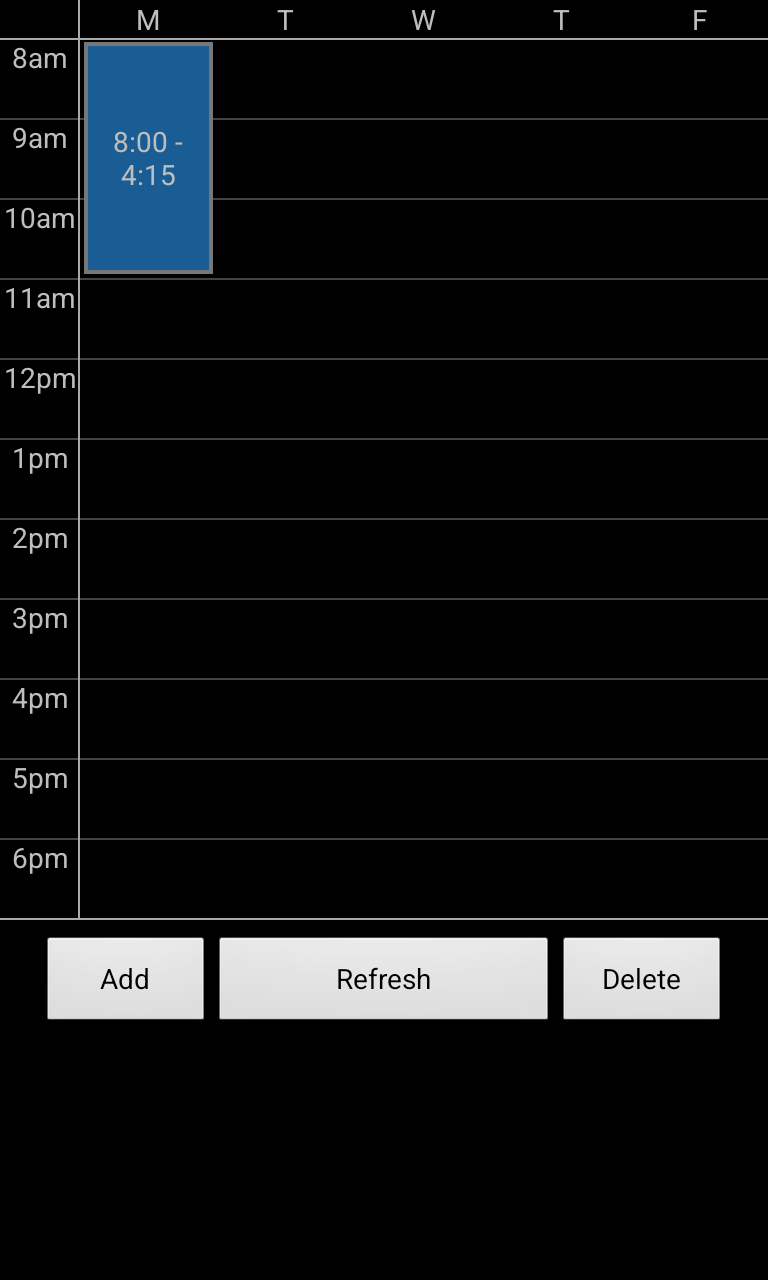
Repository: appsfactory/OfficeHours
Layout: OfficeHoursClient/res/layout/activity_schedule_view.xml
These files come from the project's save history. The layout is drawn as it stood at one moment and after the next save; the edit follows.
It is drawn on a 768 x 1280 px phone screen (xhdpi) without system bars, with theme AppTheme; the app's code is not run.

Above is the layout before, as saved 2012-09-27 18:04:22.

### OfficeHoursClient/res/layout/activity_schedule_view.xml
<?xml version="1.0" encoding="utf-8"?>
<LinearLayout xmlns:android="http://schemas.android.com/apk/res/android"
    android:layout_width="fill_parent"
    android:layout_height="wrap_content"
    android:orientation="vertical" >


    <RelativeLayout
        android:id="@+id/relativeLayout1"
        android:layout_width="match_parent"
        android:layout_height="wrap_content" >

        <TextView android:background="#aaa" android:layout_width = "1dp" android:layout_height="wrap_content" android:layout_marginTop="0dp" android:layout_marginLeft="39dp" android:text=" "/>

		<!-- HEADERS -->
        <LinearLayout
            android:id="@+id/linearLayout1"
            android:layout_width="wrap_content"
            android:layout_height="wrap_content"
            android:layout_alignParentLeft="true"
            android:layout_alignParentRight="true"
            android:layout_alignParentTop="true" >

            <TextView
                android:id="@+id/mon_header"
                android:layout_width="0dp"
                android:layout_height="wrap_content"
                android:layout_marginLeft="40dp"
                android:layout_weight="2"
                android:gravity="center"
                android:text="M" />

            <TextView
                android:id="@+id/tue_header"
                android:layout_width="0dp"
                android:layout_height="wrap_content"
                android:layout_weight="2"
                android:gravity="center"
                android:text="T" />

            <TextView
                android:id="@+id/wed_header"
                android:layout_width="0dp"
                android:layout_height="wrap_content"
                android:layout_weight="2"
                android:gravity="center"
                android:text="W" />

            <TextView
                android:id="@+id/thu_header"
                android:layout_width="0dp"
                android:layout_height="wrap_content"
                android:layout_weight="2"
                android:gravity="center"
                android:text="T" />

            <TextView
                android:id="@+id/fri_header"
                android:layout_width="0dp"
                android:layout_height="wrap_content"
                android:layout_weight="2"
                android:gravity="center"
                android:text="F" />
        </LinearLayout>
    </RelativeLayout>

    <ScrollView
        android:id="@+id/scrollView1"
        android:layout_width="match_parent"
        android:layout_height="wrap_content"
        android:padding="0dp"
        android:scrollbars="none" >"

		<!--  GRID/BORDERS -->
        <RelativeLayout
            android:id="@+id/relativeLayout242"
            android:layout_width="match_parent"
            android:layout_height="wrap_content"
            android:padding="0dp" >



            <View android:background="#aaa" android:layout_width = "fill_parent" android:layout_height="1dp" android:layout_marginTop="0dp" />
            <View android:background="#444" android:layout_width = "fill_parent" android:layout_height="1dp" android:layout_marginTop="40dp"/>
            <View android:background="#444" android:layout_width = "fill_parent" android:layout_height="1dp" android:layout_marginTop="80dp"/>
            <View android:background="#444" android:layout_width = "fill_parent" android:layout_height="1dp" android:layout_marginTop="120dp"/>
            <View android:background="#444" android:layout_width = "fill_parent" android:layout_height="1dp" android:layout_marginTop="160dp"/>
            <View android:background="#444" android:layout_width = "fill_parent" android:layout_height="1dp" android:layout_marginTop="200dp"/>
            <View android:background="#444" android:layout_width = "fill_parent" android:layout_height="1dp" android:layout_marginTop="240dp"/>
            <View android:background="#444" android:layout_width = "fill_parent" android:layout_height="1dp" android:layout_marginTop="280dp"/>
            <View android:background="#444" android:layout_width = "fill_parent" android:layout_height="1dp" android:layout_marginTop="320dp"/>
            <View android:background="#444" android:layout_width = "fill_parent" android:layout_height="1dp" android:layout_marginTop="360dp"/>
            <View android:background="#444" android:layout_width = "fill_parent" android:layout_height="1dp" android:layout_marginTop="400dp"/>
            <View android:background="#aaa" android:layout_width = "fill_parent" android:layout_height="1dp" android:layout_marginTop="440dp"/>
            <View android:background="#aaa" android:layout_width = "1dp" android:layout_height="441dp" android:layout_marginTop="0dp" android:layout_marginLeft="39dp"/>

<!--
            <View android:background="#777" android:layout_width = "fill_parent" android:layout_height="1dp" android:layout_marginTop="20dp"/>
            <View android:background="#777" android:layout_width = "fill_parent" android:layout_height="1dp" android:layout_marginTop="60dp"/>
            <View android:background="#777" android:layout_width = "fill_parent" android:layout_height="1dp" android:layout_marginTop="100dp"/>
            <View android:background="#777" android:layout_width = "fill_parent" android:layout_height="1dp" android:layout_marginTop="140dp"/>
            <View android:background="#777" android:layout_width = "fill_parent" android:layout_height="1dp" android:layout_marginTop="180dp"/>
            <View android:background="#777" android:layout_width = "fill_parent" android:layout_height="1dp" android:layout_marginTop="220dp"/>
            <View android:background="#777" android:layout_width = "fill_parent" android:layout_height="1dp" android:layout_marginTop="260dp"/>
            <View android:background="#777" android:layout_width = "fill_parent" android:layout_height="1dp" android:layout_marginTop="300dp"/>
            <View android:background="#777" android:layout_width = "fill_parent" android:layout_height="1dp" android:layout_marginTop="340dp"/>
            <View android:background="#777" android:layout_width = "fill_parent" android:layout_height="1dp" android:layout_marginTop="380dp"/>
            <View android:background="#777" android:layout_width = "fill_parent" android:layout_height="1dp" android:layout_marginTop="420dp"/> -->


            <LinearLayout
                android:id="@+id/linearLayout2"
                android:layout_width="match_parent"
                android:layout_height="wrap_content"
                android:padding="0dp" >

                <!-- SIDEBAR -->

                <RelativeLayout
                    android:id="@+id/sidebar"
                    android:layout_width="37dp"
                    android:layout_height="wrap_content"
                    android:layout_marginLeft="1.5dp"
                    android:layout_marginRight="1.5dp"
                    android:padding="0dp" >

                    <TextView
                        android:id="@+id/textView10"
                        android:layout_width="match_parent"
                        android:layout_height="wrap_content"
                        android:layout_marginTop="0dp"
                        android:gravity="center"
                        android:text="8am" />

                    <TextView
                        android:id="@+id/textView10"
                        android:layout_width="match_parent"
                        android:layout_height="wrap_content"
                        android:layout_marginTop="40dp"
                        android:gravity="center"
                        android:text="9am" />

                    <TextView
                        android:id="@+id/textView10"
                        android:layout_width="match_parent"
                        android:layout_height="wrap_content"
                        android:layout_marginTop="80dp"
                        android:gravity="center"
                        android:text="10am" />

                    <TextView
                        android:id="@+id/textView10"
                        android:layout_width="match_parent"
                        android:layout_height="wrap_content"
                        android:layout_marginTop="120dp"
                        android:gravity="center"
                        android:text="11am" />

                    <TextView
                        android:id="@+id/textView10"
                        android:layout_width="match_parent"
                        android:layout_height="wrap_content"
                        android:layout_marginTop="160dp"
                        android:gravity="center"
                        android:text="12pm" />

                    <TextView
                        android:id="@+id/textView10"
                        android:layout_width="match_parent"
                        android:layout_height="wrap_content"
                        android:layout_marginTop="200dp"
                        android:gravity="center"
                        android:text="1pm" />

                    <TextView
                        android:id="@+id/textView10"
                        android:layout_width="match_parent"
                        android:layout_height="wrap_content"
                        android:layout_marginTop="240dp"
                        android:gravity="center"
                        android:text="2pm" />

                    <TextView
                        android:id="@+id/textView10"
                        android:layout_width="match_parent"
                        android:layout_height="wrap_content"
                        android:layout_marginTop="280dp"
                        android:gravity="center"
                        android:text="3pm" />

                    <TextView
                        android:id="@+id/textView10"
                        android:layout_width="match_parent"
                        android:layout_height="wrap_content"
                        android:layout_marginTop="320dp"
                        android:gravity="center"
                        android:text="4pm" />

                    <TextView
                        android:id="@+id/textView10"
                        android:layout_width="match_parent"
                        android:layout_height="wrap_content"
                        android:layout_marginTop="360dp"
                        android:gravity="center"
                        android:text="5pm" />

                    <TextView
                        android:id="@+id/textView10"
                        android:layout_width="match_parent"
                        android:layout_height="wrap_content"
                        android:layout_marginTop="400dp"
                        android:gravity="center"
                        android:text="6pm" />
                </RelativeLayout>

                <RelativeLayout
                    android:id="@+id/relativeLayout3"
                    android:layout_width="0dp"
                    android:layout_height="match_parent"
                    android:layout_weight="14"
                    android:padding="0dp" >

                    <LinearLayout
                        android:id="@+id/linearLayout3"
                        android:layout_width="match_parent"
                        android:layout_height="wrap_content"
                        android:layout_alignParentLeft="true"
                        android:layout_alignParentRight="true"
                        android:layout_alignParentTop="true"
                        android:padding="0dp" >


                        <!-- COLUMNS -->
                        <RelativeLayout
                            android:id="@+id/moncolumn"
                            android:layout_width="0dp"
                            android:layout_height="match_parent"
                            android:layout_weight="1" >

							<View android:background="#777" android:layout_width = "fill_parent" android:layout_height="116dp" android:layout_margin="2dp" />

							<TextView
							    android:layout_width="fill_parent"
							    android:layout_height="112dp"
							    android:layout_margin="4dp"
							    android:background="#195D94"
							    android:gravity="center"
							    android:text="8:00 - 4:15" />

							<!-- <TextView
        android:id="@+id/login_subtitle"
        android:layout_width="wrap_content"
        android:layout_height="wrap_content"
        android:layout_below="@+id/login_title"
        android:layout_centerHorizontal="true"
        android:text="@string/login_subtitle"
        android:textAppearance="?android:attr/textAppearanceLarge" /> -->

                        </RelativeLayout>

                        <RelativeLayout
                            android:id="@+id/tuecolumn"
                            android:layout_width="0dp"
                            android:layout_height="match_parent"
                            android:layout_weight="1" >

                        </RelativeLayout>

                        <RelativeLayout
                            android:id="@+id/wedcolumn"
                            android:layout_width="0dp"
                            android:layout_height="match_parent"
                            android:layout_weight="1" >

                        </RelativeLayout>

                        <RelativeLayout
                            android:id="@+id/thucolumn"
                            android:layout_width="0dp"
                            android:layout_height="match_parent"
                            android:layout_weight="1" >

                        </RelativeLayout>

                        <RelativeLayout
                            android:id="@+id/fricolumn"
                            android:layout_width="0dp"
                            android:layout_height="match_parent"
                            android:layout_weight="1" >

                            <Button
                                android:id="@+id/button1"
                                android:layout_width="fill_parent"
                                android:layout_height="180dp"
                                android:layout_marginTop="480dp"
                                android:text="Some Event" />

                        </RelativeLayout>

                    </LinearLayout>
                </RelativeLayout>
            </LinearLayout>
        </RelativeLayout>
    </ScrollView>

    <LinearLayout
        android:id="@+id/footer"
        android:layout_width="match_parent"
        android:layout_height="wrap_content"
        android:padding="0dp"
        android:layout_marginTop="7.5dp"
        android:layout_marginLeft="20dp"
        android:layout_marginRight="20dp" >

        <Button
            android:id="@+id/addbutton"
            android:layout_width="0dp"
            android:layout_height="fill_parent"
            android:layout_weight="1"
            android:text="Add" />
        <Button
            android:id="@+id/addbutton"
            android:layout_width="0dp"
            android:layout_height="fill_parent"
            android:layout_weight="2"
            android:text="Refresh" />
        <Button
            android:id="@+id/addbutton"
            android:layout_width="0dp"
            android:layout_height="fill_parent"
            android:layout_weight="1"
            android:text="Delete" />

    </LinearLayout>

</LinearLayout>

### OfficeHoursClient/res/values/styles.xml
<resources>

    <style name="AppTheme" parent="android:Theme.Black.NoTitleBar" />

</resources>

### OfficeHoursClient/res/values/strings.xml
<resources>

    <string name="app_name">Office Hours @ the Hub</string>
    <string name="hello_world">Hello world!</string>
    <string name="menu_settings">Settings</string>
    <string name="title_activity_sign__in">Sign_In</string>
    <string name="schedule_button">My Schedule</string>
    <string name="title_activity_log__in">Log_In</string>
    <string name="login_title">OFFICE HOURS</string>
    <string name="login_subtitle"> \@ the hub</string>
    <string name="login_footer">By the Apps Factory Wizards</string>
    <string name="title_activity_sign_in_checker">SignInChecker</string>
    <string name="title_activity_schedule_view">ScheduleView</string>

</resources>

After the next save:
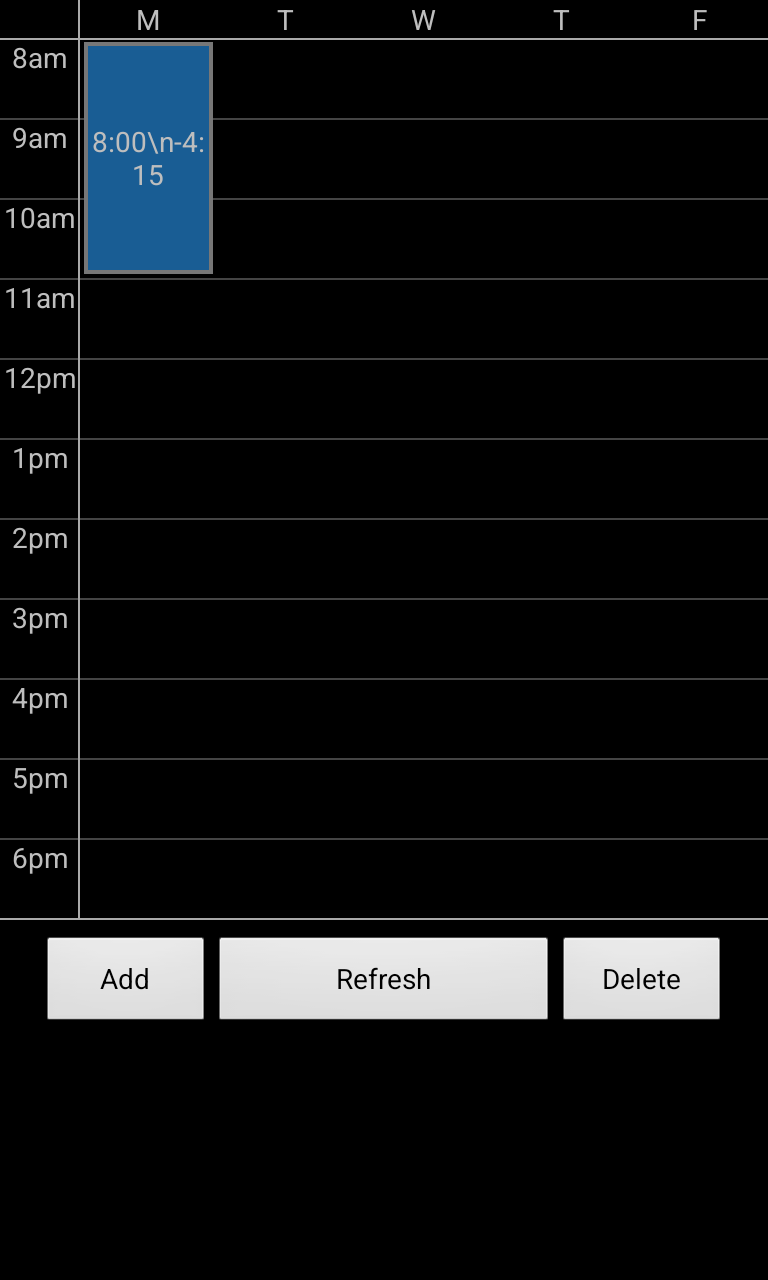
Saved 12 s later.
--- a/OfficeHoursClient/res/layout/activity_schedule_view.xml
+++ b/OfficeHoursClient/res/layout/activity_schedule_view.xml
@@ -245,7 +245,7 @@
 							    android:layout_margin="4dp"
 							    android:background="#195D94"
 							    android:gravity="center"
-							    android:text="8:00 - 4:15" />
+							    android:text="8:00\n-4:15" />
 
 							<!-- <TextView
         android:id="@+id/login_subtitle"
